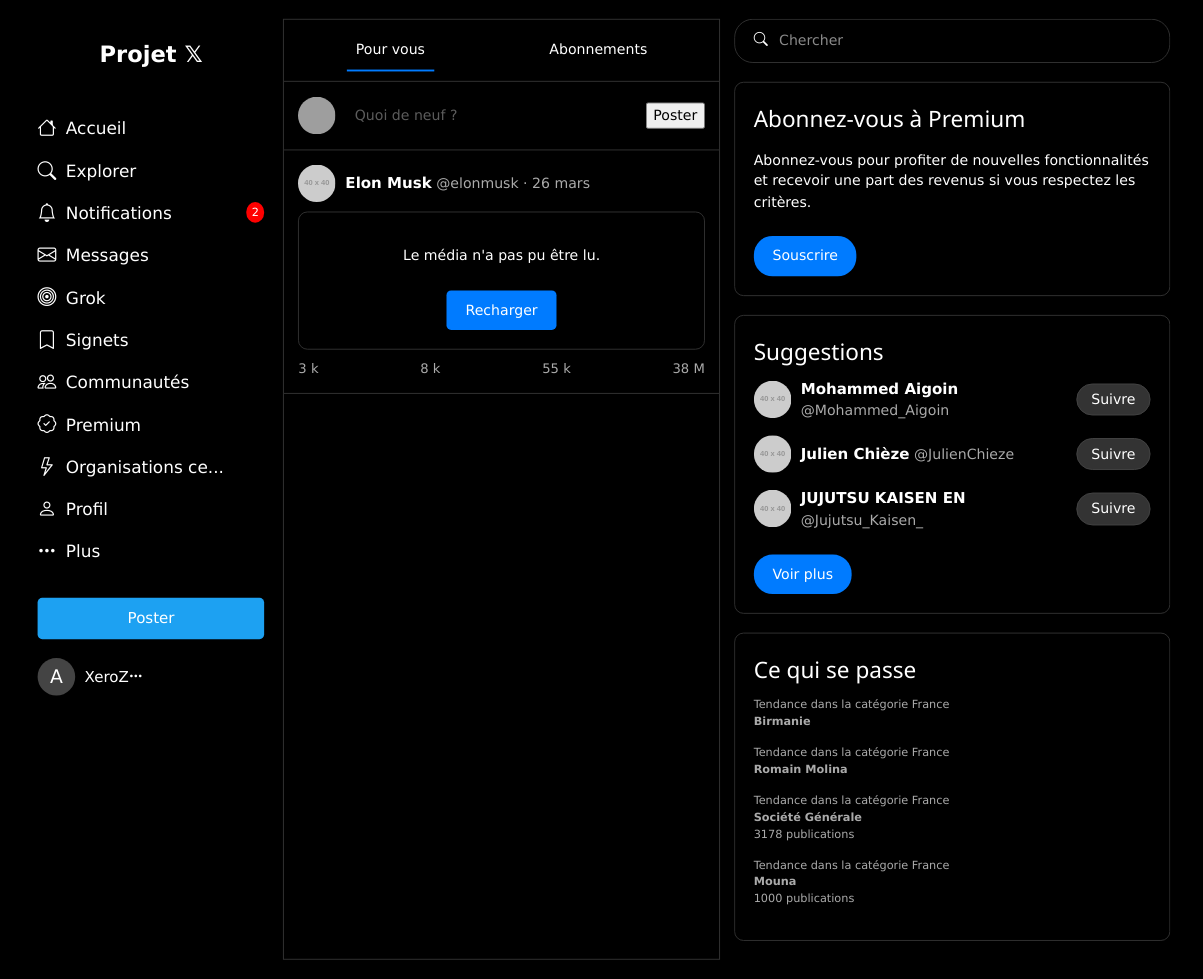
Repository: barriefl/ProjetX_BARRIER_MAULINE_MARQUES-FELIX_SERVONNET
Page: front/index.html
These files come from the project's save history. The page is drawn as it stood at one moment and after the next save; the edit follows.
The browser window is 1280 px wide. The pictures show the whole page, at 94% of full size.
Pictures or frames that could not be fetched are drawn as grey boxes.

Above is the page before, as saved 2025-03-28 09:34:12.

After the next save:
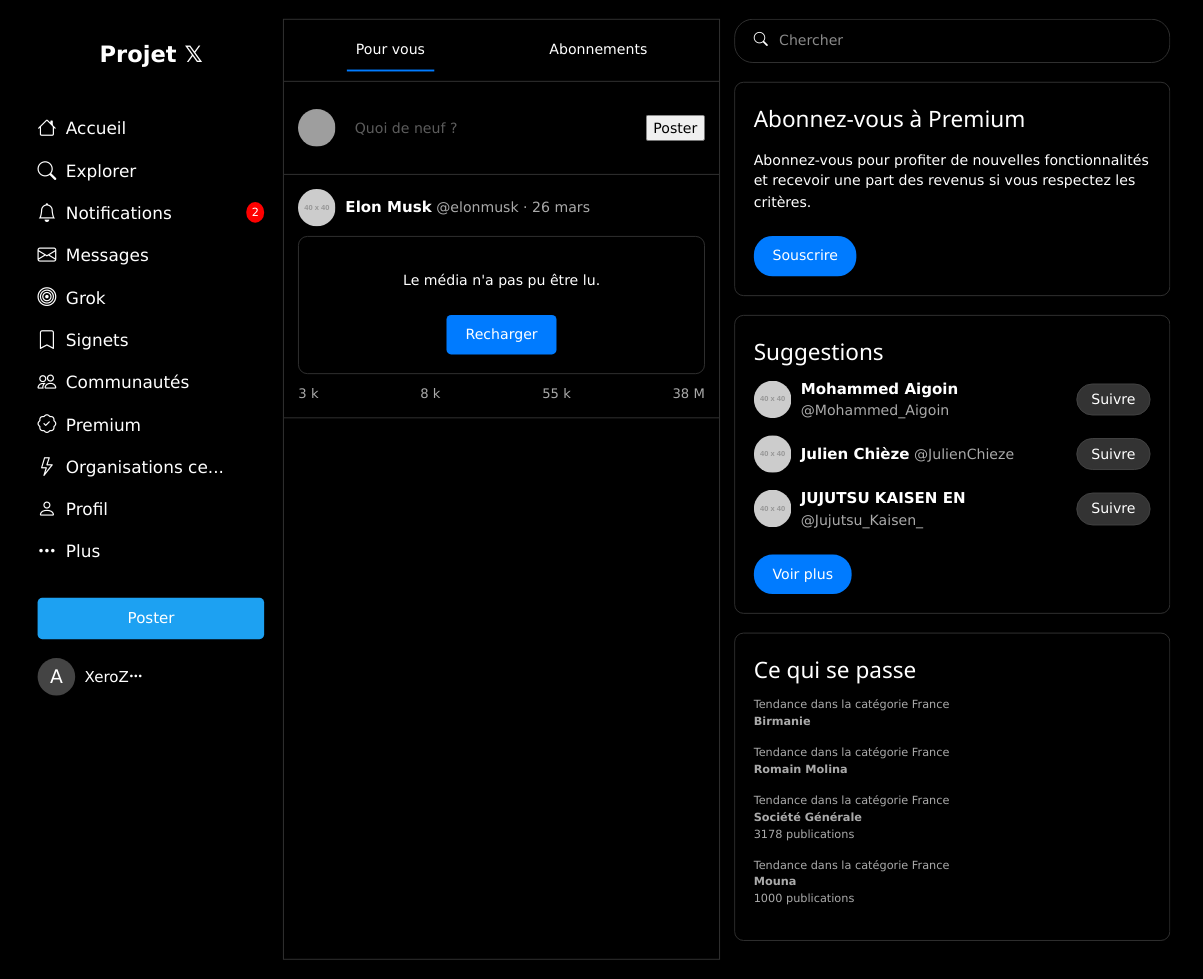
Saved 6 s later.
--- a/front/index.html
+++ b/front/index.html
@@ -98,7 +98,7 @@
       <div class="header">
         <img src="empty.png" alt="empty.png" />
         <input type="text" placeholder="Quoi de neuf ?" />
-        <button class="">Poster</button>
+        <button class="post-button">Poster</button>
       </div>
 
       <!-- Post -->
